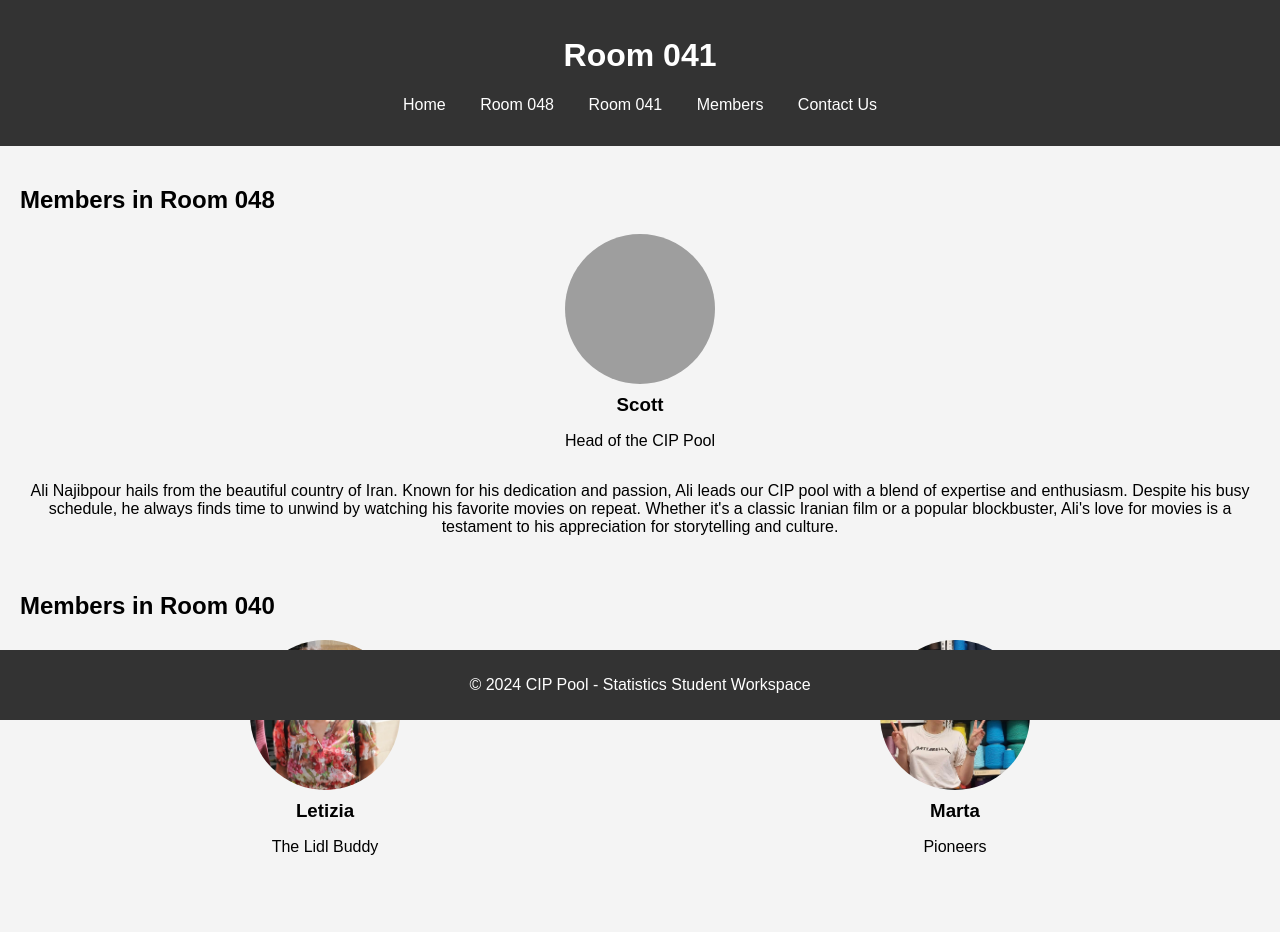
Repository: anjalisarawgi/cip_website
Page: room_041.html
These files come from the project's save history. The page is drawn as it stood at one moment and after the next save; the edit follows.
The browser window is 1280 px wide. The pictures show the whole page.
Pictures or frames that could not be fetched are drawn as grey boxes.

Above is the page before, as saved 2024-06-14 12:35:36.

After the next save:
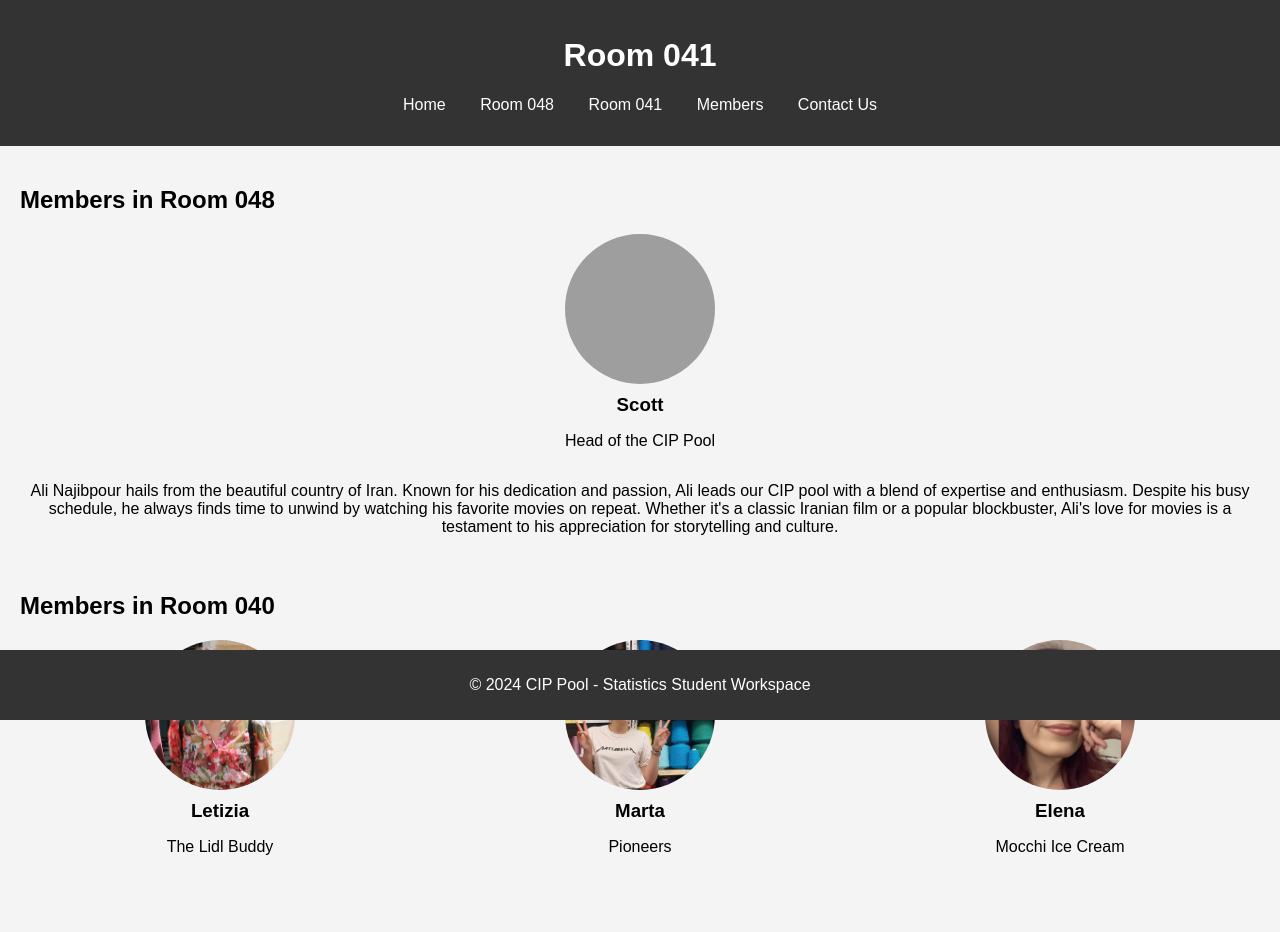
Saved 113 s later.
--- a/room_041.html
+++ b/room_041.html
@@ -50,6 +50,13 @@
                         <p>Pioneers</p>
                     </div>
                 </div>
+                <div class="member">
+                    <img src="images/elena.jpg" alt="elena" class="member-photo">
+                    <div class="member-info">
+                        <h3>Elena</h3>
+                        <p>Mocchi Ice Cream</p>
+                    </div>
+                </div>
             </div>
         </section>
     </main>
